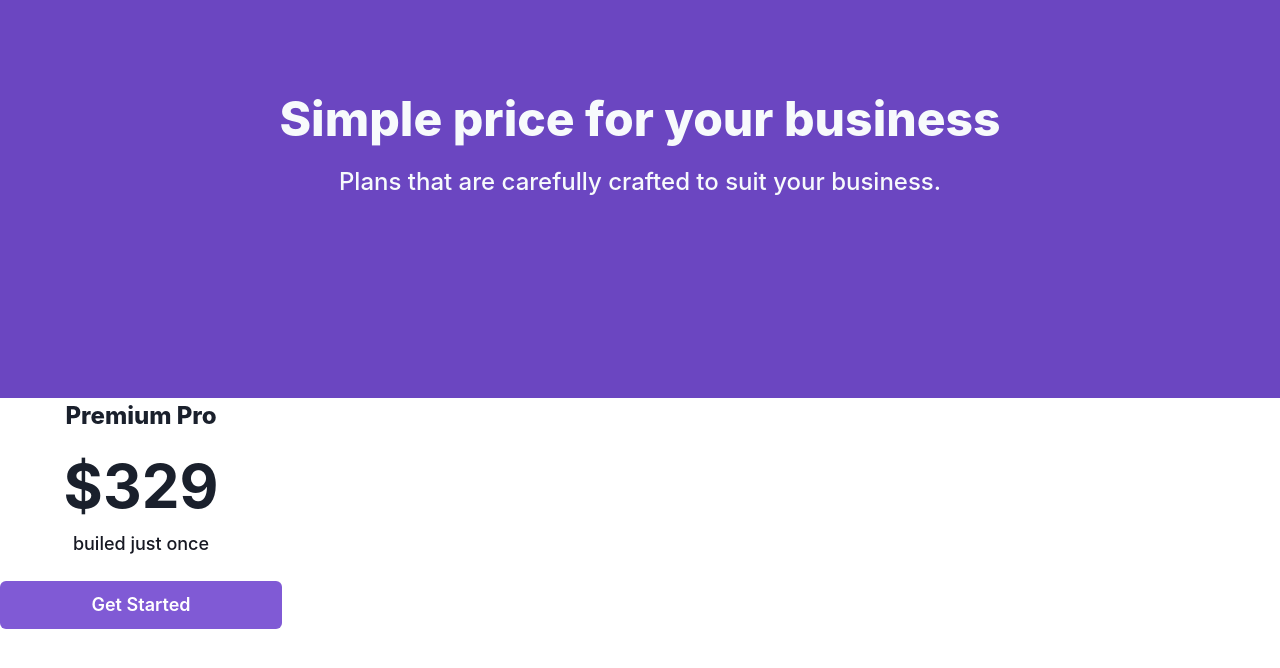
Repository: noutijo/learn-in-depth-chakra-ui
Page: /
The author's editor kept a copy of each file at every save. The page is drawn from the files as they stood at one save, then again after the next save.
The browser window is 1280 px wide. The pictures show the whole page.
The project was rebuilt for these pictures with package versions that can differ from the ones it lists, and the page was loaded fresh each time. Also part of the build but not shown: vite.config.ts.

Above is the page before, as saved 2023-01-30 15:41:21.

After the next save:
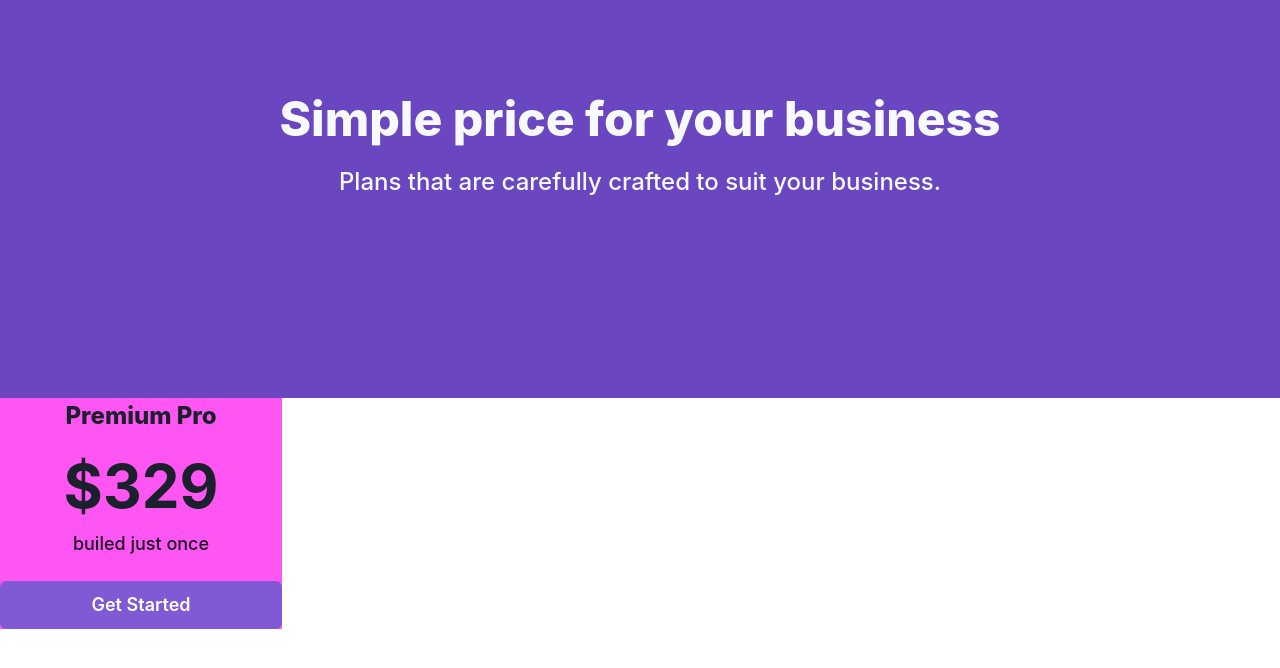
Saved 8 s later.
--- a/src/components/Pricing.tsx
+++ b/src/components/Pricing.tsx
@@ -5,7 +5,7 @@ export function Pricing() {
   return (
     <Box>
       <Flex>
-        <Box bg="#">
+        <Box bg="#f0ea">
             <Text fontSize="24px" fontWeight="800">Premium Pro</Text>
             <Heading as="h3" fontSize="60px" mt="16px">$329</Heading>
             <Text fontSize="18px" fontWeight="500" color="#171923" mt="8px">builed just once</Text>
